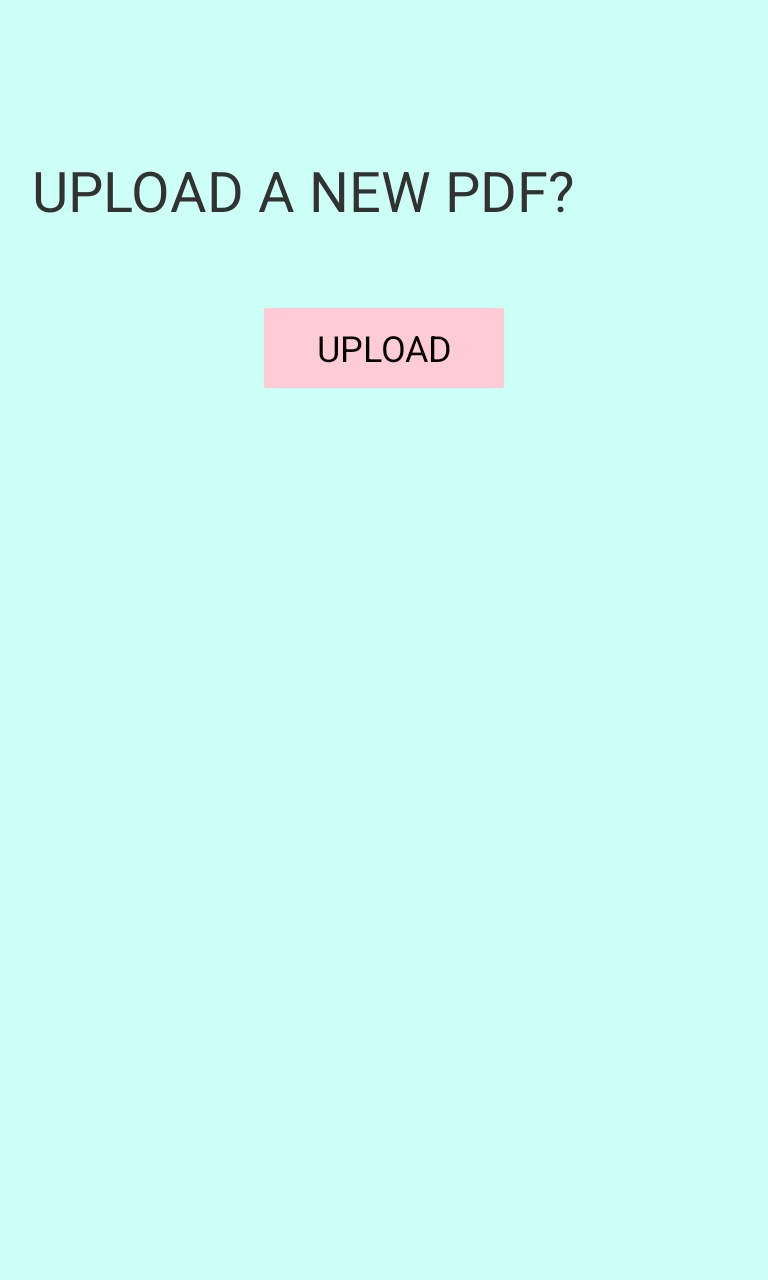
Repository: nick11roberts/Moka-Scanr
Layout: Document Uploader/res/layout/activity_main.xml
The author's editor kept a copy of each file at every save. The layout is drawn from the files as they stood at one save, then again after the next save.
It is drawn on a 768 x 1280 px phone screen (xhdpi) without system bars, with theme android:Theme.Holo.Light.NoActionBar; the app's code is not run. The app's manifest (not shown) leaves right-to-left support off. So textAlignment, textDirection and layoutDirection are ignored, and left and right values win over start and end ones.

Above is the layout before, as saved 2014-05-30 21:38:31.

After the next save:
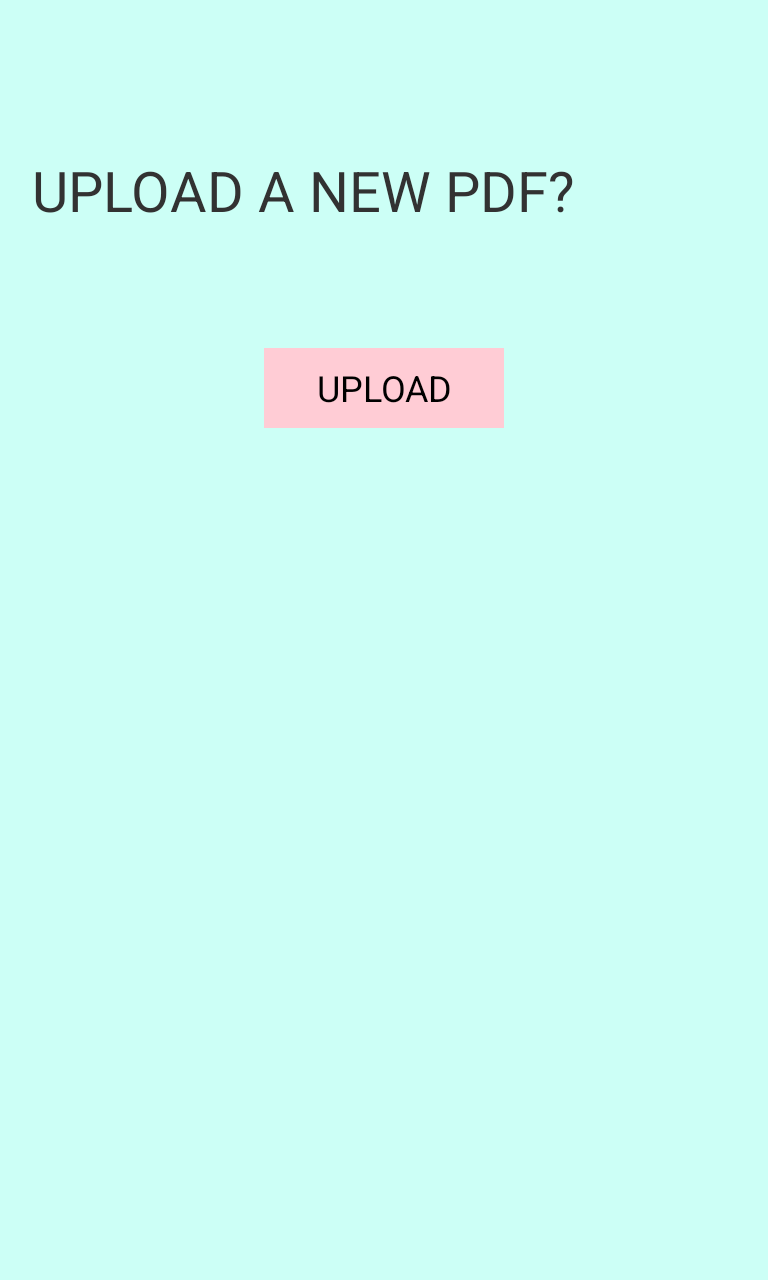
Saved 6 min 25 s later.
--- a/Document Uploader/res/layout/activity_main.xml
+++ b/Document Uploader/res/layout/activity_main.xml
@@ -14,14 +14,12 @@
     <TextView
         android:layout_width="match_parent"
         android:layout_height="wrap_content"
-        android:paddingBottom="40dp"
+        android:paddingBottom="60dp"
         android:paddingTop="60dp"
         android:text="@string/main_heading"
         android:textAlignment="center"
         android:textAllCaps="true"
         android:textSize="28sp" />
-
-
 
     <Button
         android:id="@+id/mainButton"
